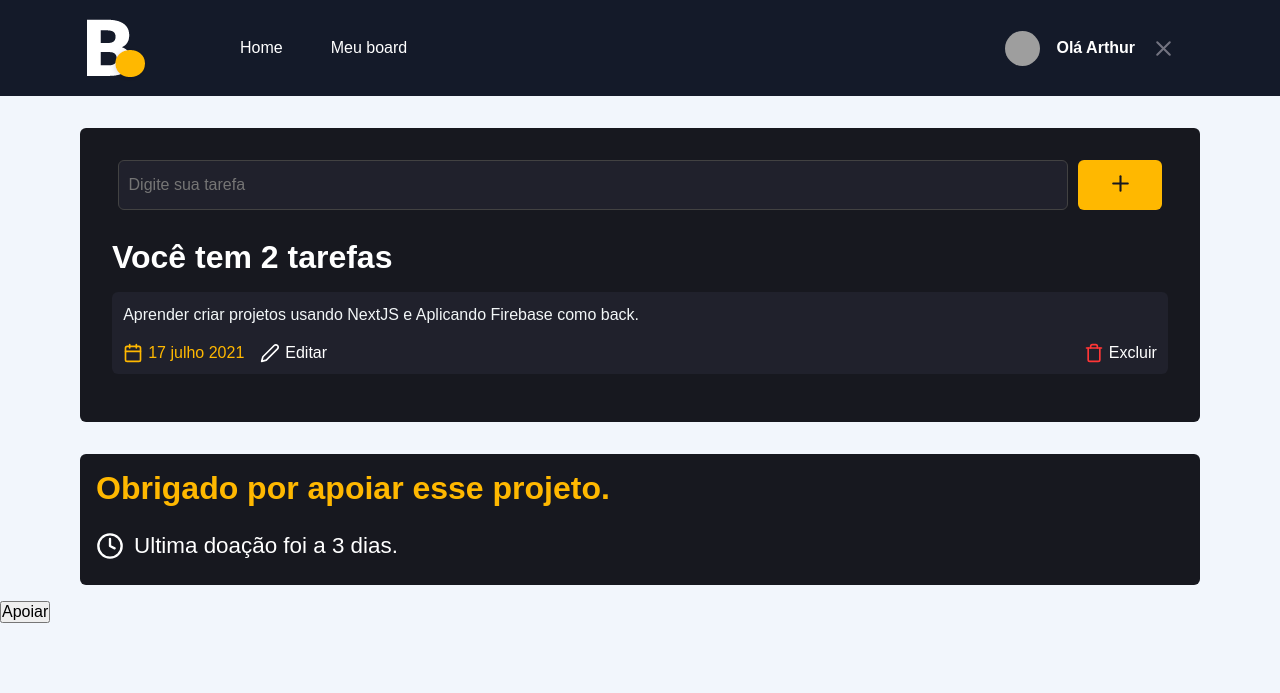
Repository: ArthurHendrich/Task-Board
Page: /board
An editor plug-in stored every save of this project. The page is shown before and after the next save, followed by the edit.
The browser window is 1280 px wide. The pictures show the whole page.
Pictures or frames that could not be fetched are drawn as grey boxes. The project was rebuilt for these pictures with package versions that can differ from the ones it lists, and the page was loaded fresh each time. The framework's server and built-in components were replaced by stand-ins that run in the browser. Also part of the build but not shown: next.config.js.

Above is the page before, as saved 2022-07-04 18:19:35.

### src/pages/_app.tsx
import { AppProps } from 'next/app';
import { Header } from '../components/Header';

import '../styles/global.scss';

function MyApp({ Component, pageProps }: AppProps) {
  return (
    <>
    <Header />
    <Component {...pageProps} />
    </>
  )
}

export default MyApp

### src/pages/_document.tsx
import Document, { Head, Html, Main, NextScript } from "next/document";

export default class MyDocument extends Document{
  render(){
    return(
      <Html>
        <Head>
        </Head>
        <body>
          <Main />
          <NextScript />
        </body>
      </Html>
    )
  }
}

### src/pages/board/index.tsx
import Head from 'next/head';
import styles from './styles.module.scss';
import { FiPlus, FiCalendar, FiEdit2, FiTrash, FiClock } from 'react-icons/fi'
import { SupportButton } from '../../components/SupportButton';

export default function Board(){
  return (
    <>
      <Head>
        <title>My Task | Tarefas</title>
      </Head>

      <main className={styles.container}>
        <form>
          <input type="text" placeholder='Digite sua tarefa' />
          <button type='submit'><FiPlus size={25} color="#17181f"/></button>
        </form>

        <h1>Você tem 2 tarefas</h1>

        <section>
          <article className={styles.taskList}>
            <p>Aprender criar projetos usando NextJS e Aplicando Firebase como back.</p>
            <div className={styles.actions}>

              <div>
                <div>
                  <FiCalendar size={20} color="#ffb800" />
                  <time>17 julho 2021</time>
                </div>
                <button>
                  <FiEdit2 size={20} color="#FFF" />
                  <span>Editar</span>
                </button>
              </div>

              <button>
                <FiTrash size={20} color="#FF3636" className={styles.buttonDelete}/>
                <span>Excluir</span>
              </button>

            </div>
          </article>
        </section>
      </main>

      <div className={styles.vipContainer}>
        <h3>Obrigado por apoiar esse projeto.</h3>
        <div>
          <FiClock size={28} color="#FFF" />
          <time>
            Ultima doação foi a 3 dias.
          </time>
        </div>
      </div>

      <SupportButton />
    </>
  )
}

### src/components/Header/index.tsx
import Link from "next/link";
import { SignInButton } from "../SignInButton/index";
import styles from "./styles.module.scss";

export function Header() {
  return (
    <header className={styles.headerContainer}>
      <div className={styles.headerContent}>
        <Link href="/">
          <img src="/images/logo.svg" alt="Logo" />
        </Link>

        <nav>
          <Link href="/">
            <a>Home</a>
          </Link>
          <Link href="/board">
            <a>Meu board</a>
          </Link>
        </nav>

        <SignInButton />
      </div>
    </header>
  );
}

### src/styles/global.scss
* {
  margin: 0;
  padding: 0;
  box-sizing: border-box;
}

@media (max-width: 1080px) {
  html {
    font-size: 93.75%;
  }
}

@media (max-width: 720px) {
  html {
    font-size: 87.5%;
  }
}


body {
  background: #F2F6FC;
}

body, input, textarea, select, button {
  font: 400 1rem sans-serif;
}

button {
  cursor: pointer;
}

a {
  text-decoration: none;
  color: inherit;
}

### src/pages/board/styles.module.scss
.container {
  max-width: 1120px;
  margin: 2rem auto;
  padding: 2rem;
  background-color: #17181f;
  border-radius: 6px;

  form {
    display: flex;
    justify-content: center;
    align-items: center;

    input{
      width: 90%;
      height: 50px;
      background-color: #20212c;
      border: 1px solid #424242;
      border-radius: 6px;
      padding: 3px 10px;
      color: #FFF;
    }

    button {
      margin-left: 10px;
      width: 8%;
      height: 50px;
      border: 0;
      background-color: #FFB800;
      border-radius: 6px;
    }
  }

  h1{
    color: #FFF;
    margin-top: 1.8rem;
  }

}

.taskList {
  background-color: #20212c;
  margin: 1rem 0;
  padding: 0.7rem;
  border-radius: 6px;

  p{
    cursor: pointer;
    color: #F2F6F7;
    font-size: 1rem;
    line-height: 150%;
  }

  .actions {
    width: 100%;
    display: flex;
    flex-direction: row;
    justify-content: space-between;
    margin-top: 1rem;


    div {
      display: flex;
      justify-content: center;
      align-items: center;

      time{
        color: #FFB800;
        margin-left: 5px;
        margin-right: 1rem;
      }
    }

    button {
      background: transparent;
      border: 0;
      display: flex;
      justify-content: center;
      align-items: center;

      & + button {
        margin-left: 10px;
      }

      span {
        margin-left: 5px;
        color: #FFF;
        cursor: pointer;
        transition: filter 0.2s;
      }

      span:hover{
        filter: brightness(0.7);
      }

      .buttonDelete {
        transition: filter ease 0.2s;
      }

      .buttonDelete:hover {
        filter: brightness(0.8);
      }
    }

  }


}

.vipContainer {
  max-width: 1120px;
  margin: 1rem auto;
  padding: 1rem;
  background-color: #17181f;
  border-radius: 6px;

  h3 {
    color: #FFB800;
    font-size: 2rem;
  }

  div {
    margin-top: 1rem;
    display: flex;
    align-items: center;

    time{
      color: #FFF;
      font-size: 1.4rem;
      padding: 10px;
    }
  }
}

### src/components/SupportButton/index.tsx

import styles from "./styles.module.scss";

export function SupportButton() {
  return (
    <button>
      Apoiar
    </button>
  );
}

### src/components/SignInButton/index.tsx
import styles from "./styles.module.scss";
import { FaGithub } from 'react-icons/fa';
import { FiX } from 'react-icons/fi';

export function SignInButton() {
  const session = true;

  return session ? (
    <button type="button" className={styles.signInButton} onClick={() => {}}>
      <img src="https://avatars.githubusercontent.com/u/99266969?v=4" alt="Github" />
      Olá Arthur
      <FiX color="#737380" className={styles.closeIcon} />
    </button>
  ) : (
    <button type="button" className={styles.signInButton} onClick={() => {}}>
    <FaGithub color="#FFB800" />
    Entrar com github
    </button>
  )
}

### src/components/Header/styles.module.scss
.headerContainer {
  height: 6rem;
  background-color: #141a29;
}

.headerContent {
  max-width: 1120px;
  height: 6rem;
  margin: 0 auto;
  display: flex;
  align-items: center;

  img {
    cursor: pointer;
  }

  nav{
    margin-left: 5rem;
    height: 5rem;

    a {
      display: inline-block;
      position: relative;
      padding: 0 0.5rem;
      height: 5rem;
      line-height: 5rem;
      color: #FFF;

      & + a {
        margin-left: 2rem;
      }
    }

  }

  button {
    margin-left: auto;
  }

}

### src/components/SignInButton/styles.module.scss
.signInButton{
  height: 2.5rem;
  border-radius: 3rem;
  background: transparent;
  border: 0;
  display: flex;
  align-items: center;
  justify-content: center;
  padding: 0 1.5rem;
  color: #FFF;
  font-weight: bold;
  transition: filter 0.2s;

  svg {
    width: 25px;
    height: 25px;
  }

  img {
    width: 35px;
    height: 35px;
    border-radius: 50%;
    margin-right: 1rem;
  }

  &:hover{
    filter: brightness(0.9);
  }

  svg:first-child {
    margin-right: 1rem;
  }

  svg.closeIcon {
    margin-left: 1rem;
  }
}

### src/components/SupportButton/styles.module.scss
.donateContainer {
  position: absolute;
  bottom: 70px;
  right: 50px;

  button {
    border: 0;
    background-color: #FFB800;
    width: 100px;
    height: 100px;
    border-radius: 50%;
    font-size: 1.2rem;
    filter: drop-shadow(2px 1px 5px rgba(0,0,0,0.2));
    transition: all 0.2s;
  }

  button:hover{
    transform: scale(1.1);
  }
}

After the next save:
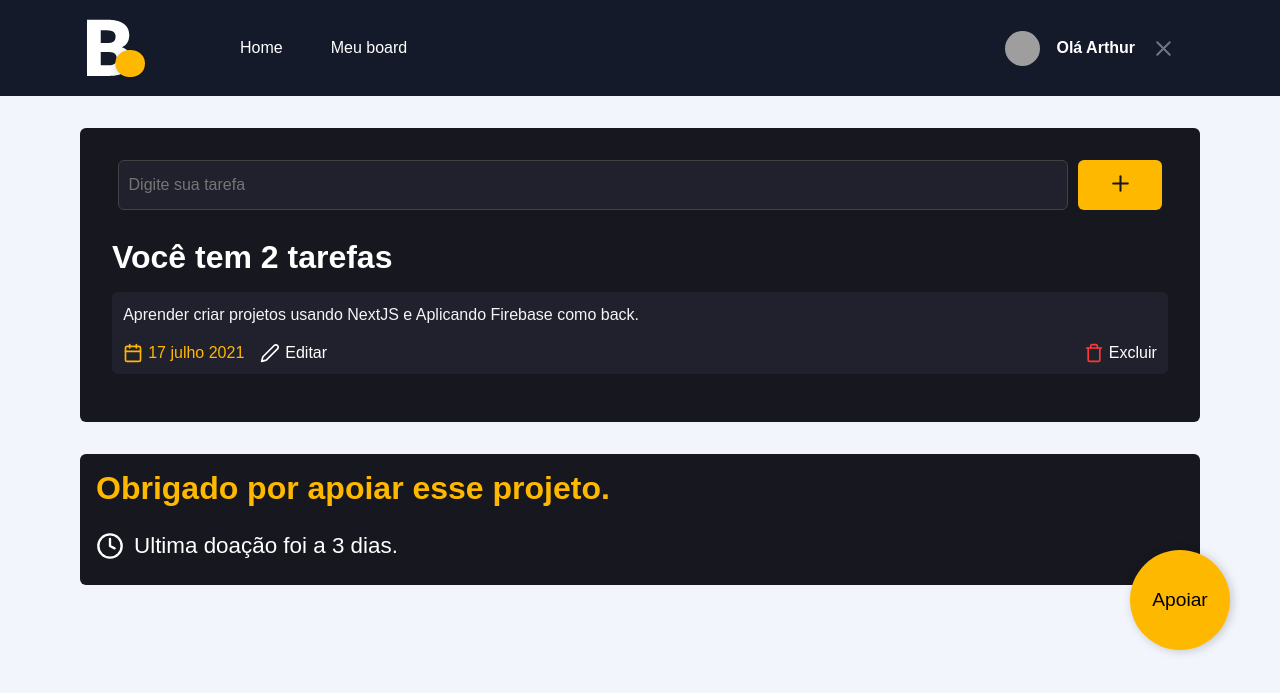
Saved 6 s later.
--- a/src/components/SupportButton/index.tsx
+++ b/src/components/SupportButton/index.tsx
@@ -1,10 +1,13 @@
 
+import Link from "next/link";
 import styles from "./styles.module.scss";
 
 export function SupportButton() {
   return (
-    <button>
-      Apoiar
-    </button>
+    <div className={styles.donateContainer}>
+      <Link href="/donate">
+        <button>Apoiar</button>
+      </Link>
+    </div>
   );
 }
